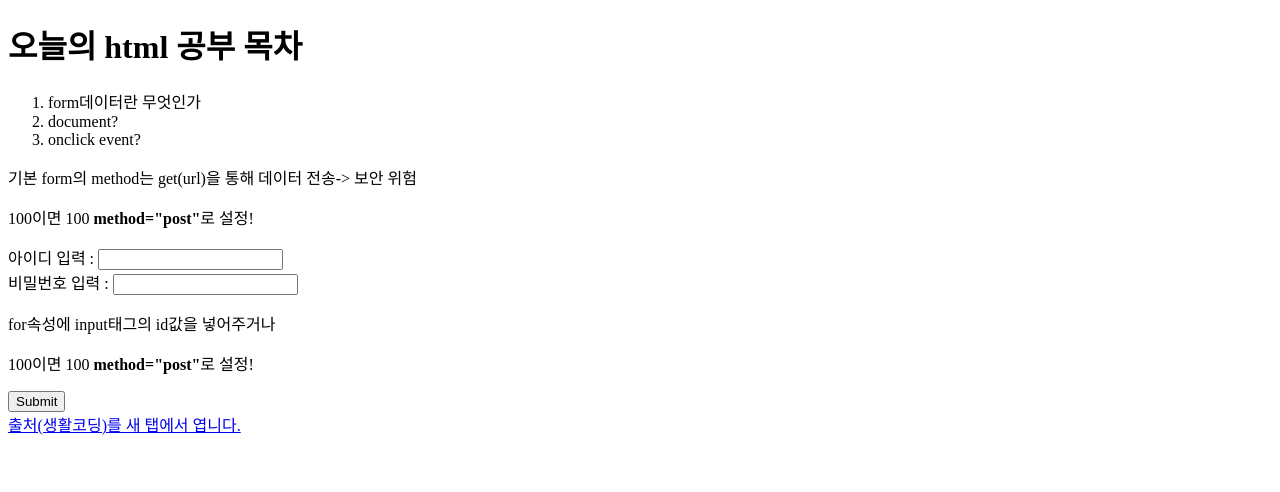
Repository: PareutPareut/frontend
Page: markDowns/study1129.html
These files come from the project's save history. The page is drawn as it stood at one moment and after the next save; the edit follows.
The browser window is 1280 px wide. The pictures show the whole page.

Above is the page before, as saved 2023-11-29 14:56:58.

After the next save:
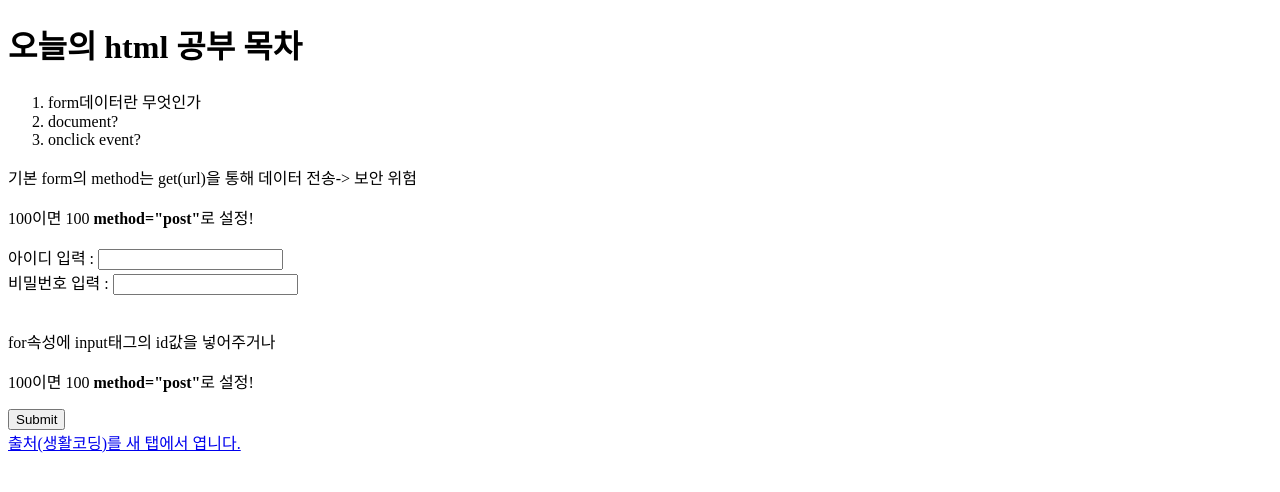
Saved 85 s later.
--- a/markDowns/study1129.html
+++ b/markDowns/study1129.html
@@ -30,6 +30,11 @@
                 <input type="password" id="put_pwd" name="pwd">
             </div>
 
+            <br>
+
+            <label>
+
+            </label>
             <div>
                 <p>for속성에 input태그의 id값을 넣어주거나 </p>
                 <p>100이면 100 <strong>method="post"</strong>로 설정!</p>
